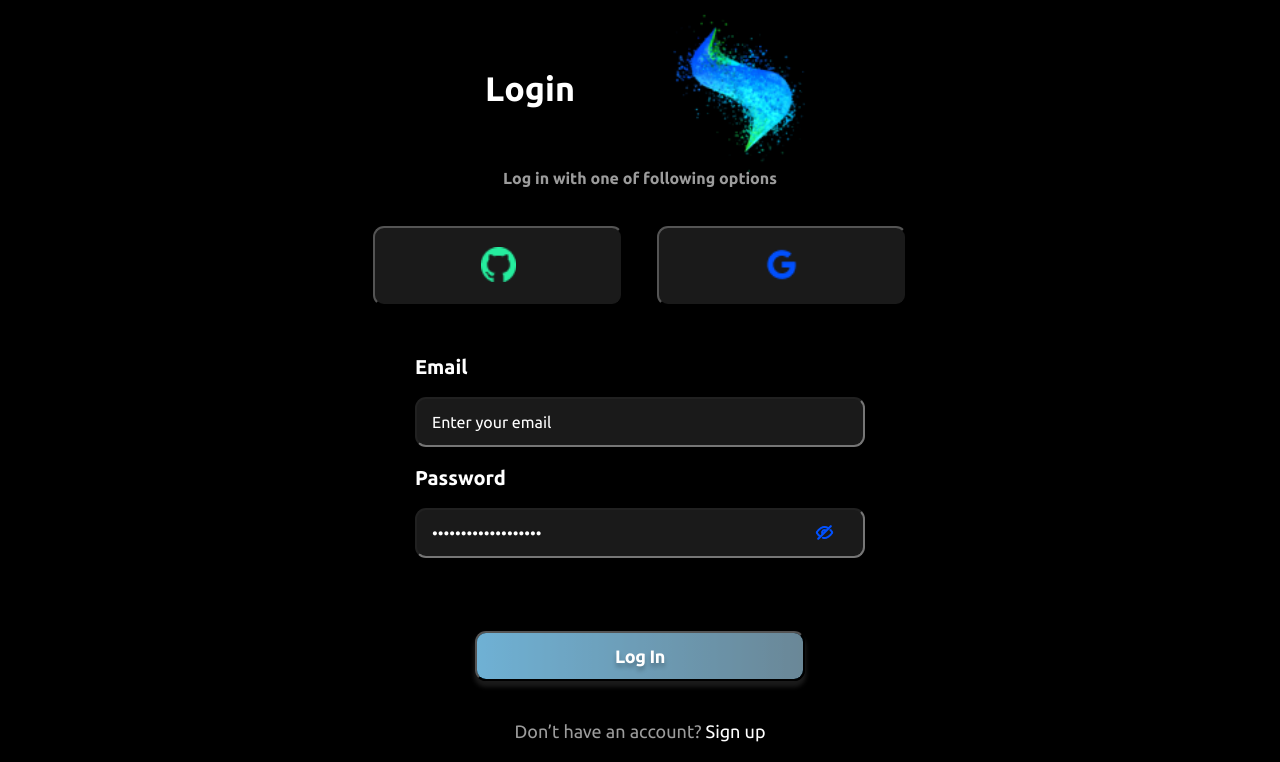
Repository: Cherced/QuanticFilms
Page: /login
The author's editor kept a copy of each file at every save. The page is drawn from the files as they stood at one save, then again after the next save.
The browser window is 1280 px wide. The pictures show the whole page.
The page's requests for data from a server got no answer. The project was rebuilt for these pictures with package versions that can differ from the ones it lists, and the page was loaded fresh each time. The framework's server and built-in components were replaced by stand-ins that run in the browser. No one was signed in, and anything a server would have sent is missing. Also part of the build but not shown: components/atoms/HeaderFloat.jsx.

Above is the page before, as saved 2022-06-10 11:42:29.

### pages/_app.js
import '../sass/global.scss'
import {SessionProvider} from 'next-auth/react'



function MyApp({ Component, pageProps }) {
  return <SessionProvider>
            <Component {...pageProps} />
        </SessionProvider>
  }

export default MyApp

### pages/login.jsx
import React from 'react'
import { ButtonColors } from '../components/atoms/ButtonColors'
import { HeaderFloat } from '../components/atoms/HeaderFloat'
import {ButtonsAccesBySM} from '../components/molecules/ButtonsAccesBySM'
import { LoginForm } from '../components/molecules/LoginForm'
import  { useRouter } from 'next/router'
import {useSession, signIn } from 'next-auth/react'


const Login = () => {

  const { data: session, status } = useSession()
  const router = useRouter();

  if(status !== 'loading' && status === 'authenticated'){
      router.push('/home')
  }

  return (
    <div className="loginContainer">
         <div className="headerLogin">
           <h1>Login</h1>
        <img src="/images/brandLogoHeader.png" alt="BrandLogo"/>
        </div>
        <p className="parragaphAccount">Log in with one of following options</p>
        <ButtonsAccesBySM pathG={()=> signIn('github')} pathGO={()=> signIn('google')} img1={"/images/mac.png"} img2={"/images/google.png"} alt="mediaLink" />
        <LoginForm />
        <div className="principalButtonLogin">
        <ButtonColors path={"customization"} title="Log In" />
        <p className="parragaphAccountLogin">Don’t have an account? <a onClick={() => router.push("signUp")}>Sign up</a></p>
        </div>
    </div>
  )
}

export default Login

### sass/global.scss
@import "./vars";
@import "./components";
@import "./pages/start";
@import "./pages/login";
@import "./pages/signUp";
@import "./pages/costumization";
@import "./pages/home";
@import "./pages/account";

### components/atoms/ButtonColors.jsx
import React from 'react'
import { useRouter } from 'next/router'

export const ButtonColors = (props) => {
    const router = useRouter()
  return (
    <button onClick={() => router.push(`/${props.path}`)}>{props.title}</button>
  )
}

### components/molecules/ButtonsAccesBySM.jsx
import React from 'react'
import { ButtonAccount } from '../atoms/ButtonAccount'

export const ButtonsAccesBySM = (props) => {
  return (
    <div className="buttonsAccesBySM">
        <ButtonAccount path={props.pathG} img={props.img1} alt={props.alt} />
        <ButtonAccount path={props.pathGO} img={props.img2} alt={props.alt} />
    </div>
  )
}

### components/molecules/LoginForm.jsx
import React from 'react'
import { InputBasicAccont } from '../atoms/InputBasicAccont'
import { InputBasicAccontPassword} from '../atoms/InputBasicAccontPassword'

export const LoginForm = () => {
  return (
    <form className="formContainer">
        <InputBasicAccont titleForm={"Email"} name="Email" placeholder="Enter your email" type="text" autoComplete="off" />
        <InputBasicAccontPassword titleForm="Password" name="password" placeholder="Enter your password" type="password" autoComplete="off" />
    </form>
  )
}

### sass/_vars.scss
@import url('https://fonts.googleapis.com/css2?family=Ubuntu:ital,wght@0,300;0,400;0,500;0,700;1,300;1,400;1,500;1,700&display=swap');

$FontTitle: 'Ubuntu', sans-serif;

*{
    margin: 0;
    padding: 0;
    box-sizing: border-box;
}

body{
    background: black;
}
// forms Position
.formContainer{
    margin-top: 25px;
    width: 100%;
    display: flex;
    flex-direction: column;
    align-items: center;

}

//pruebas::after

.pruebas{
    min-width: 100vw;
    min-height: 100vh;
    box-sizing: border-box;
    margin: auto;
    padding: 0px;
    display: flex;
    justify-content: center;
    align-items: center;
    flex-direction: column;
}

### sass/_components.scss
@import "./mixxins";
@import "./components/headerFloat";
@import "./components/buttonsAccesBySM";
@import "./components/inputBasicAccount";
@import "./components/welcomeAnimation";
@import "./components/FilterSearch";
@import "./components/buttonAddCategory";
@import "./components/sliderInfinite";
@import "./components/sliderSmallCase";
@import "./components/filterByOptions";
@import "./components/progressBar";
@import "./components/userInfo";
@import "./components/logOut";
@import "./components/footer";

### sass/_mixxins.scss
@mixin ButtonColors {
    button {
        width: 330px;
        height: 50px;
        background: linear-gradient(270deg, #000000, #15adff, #25ed9e, #313a35, #000000);
        background-size: 1000% 1000%;
        -webkit-animation: AnimationName 10s ease infinite;
        -moz-animation: AnimationName 10s ease infinite;
        animation: AnimationName 10s ease infinite;
        box-shadow: 0px 5px 4px 1px #1A1A1A, inset 0px 4px 4px 629px rgba(255, 255, 255, 0.4);
        border-radius: 11px;
        color: whitesmoke;
        font-family: $FontTitle;
        font-style: normal;
        font-weight: 700;
        font-size: 18px;
        line-height: 21px;
        letter-spacing: -0.02em;
        color: #FFFFFF;
        text-shadow: 0px 4px 4px rgba(0, 0, 0, 0.25);
    }

    @media screen and (max-width: 320px) {
        button {
            width: 280px;
        }
    }

    @media screen and (max-width: 320px) and (max-height: 372px) {
        button {
            width: 280px;
        }
    }

    @-webkit-keyframes AnimationName {
        0% {
            background-position: 0% 50%
        }

        50% {
            background-position: 100% 50%
        }

        100% {
            background-position: 0% 50%
        }
    }

    @-moz-keyframes AnimationName {
        0% {
            background-position: 0% 50%
        }

        50% {
            background-position: 100% 50%
        }

        100% {
            background-position: 0% 50%
        }
    }

    @keyframes AnimationName {
        0% {
            background-position: 0% 50%
        }

        50% {
            background-position: 100% 50%
        }

        100% {
            background-position: 0% 50%
        }
    }
}

### sass/components/_headerFloat.scss
.headerText {
    display: flex;
    align-items: center;
    height: 95px;
    padding: 20px 0 0 0;

    .headerNavText {
        margin: 0 20px;

        button {
            background-color: transparent;
            border-radius: 50px;
        }
    }

    h1 {
        font-family: 'Ubuntu';
        font-style: normal;
        font-weight: 700;
        font-size: 24px;
        line-height: 28px;
        /* identical to box height */


        color: #FFFFFF;

    }

    .BrandIcon {
        position: absolute;
        top: 10px;
        left: 226px;
        z-index: 1;
    }
}

.headerJustBack {
    display: flex;
    align-items: center;
    height: 55px;
    padding: 20px 0 0 0;

    .headerNavText {
        margin: 0 20px;

        button {
            background-color: transparent;
            border-radius: 50px;
        }
    }

    .BrandIcon {
        display: none;
    }
}

@media screen and (min-width: 375px) {
    .headerText {
        .BrandIcon {
            left: 210px;
        }
    }
}

### sass/components/_buttonsAccesBySM.scss
.buttonsAccesBySM {
    width: 100%;
    margin-top: 40px;
    display: flex;
    justify-content: space-evenly;

    button {
        width: 160px;
        height: 60px;
        background: rgba(255, 255, 255, 0.1);
        box-shadow: 0px 4px 4px rgba(0, 0, 0, 0.25);
        backdrop-filter: blur(4px);
        border-radius: 11px;
    }
}

@media screen and (max-width: 320px) {
    .buttonsAccesBySM {
        margin-top: 30px;
        justify-content: space-evenly;
        button {
            width: 140px;
        }
    }
}


@media screen and (min-width: 414px) {
    .buttonsAccesBySM {
        margin-top: 50px;
        justify-content: space-evenly;
        button {
            width: 180px;
            height: 70px;
            img{
                width: 30px;
            }
        }
    }
}


@media screen and (min-width: 768px) {
    .buttonsAccesBySM {
        margin-top: 80px;
        justify-content: space-evenly;
        button {
            width: 340px;
            height: 90px;
            img{
                width: 35px;
            }
        }
    }
}


@media screen and (min-width: 1024px) {
    .buttonsAccesBySM {
        margin-top: 40px;
        justify-content: space-evenly;
        width: 600px;
        button {
            width: 250px;
            height: 80px;
            img{
                width: 35px;
            }
        }
    }
}

### sass/components/_inputBasicAccount.scss
.inputBasicAccont {
    h1 {
        font-family: 'Ubuntu';
        font-style: normal;
        font-weight: 700;
        font-size: 18px;
        line-height: 21px;
        color: #FFFFFF;
        margin-top: 10px;
    }

    input {
        width: 330px;
        height: 40px;
        font-family: 'Ubuntu';
        font-style: normal;
        font-weight: 400;
        font-size: 14px;
        line-height: 16px;
        color: #FFFFFF;
        background: rgba(255, 255, 255, 0.1);
        box-shadow: 0px 4px 4px rgba(0, 0, 0, 0.25);
        backdrop-filter: blur(4px);
        border-radius: 11px;
        margin-top: 20px;
        padding-left: 15px;
    }

    .passwordInput {
        width: 330px;

        img {
            position: relative;
            right: -290px;
            top: -30px
        }

        input {
            width: 330px;
            height: 40px;
            font-family: 'Ubuntu';
            font-style: normal;
            font-weight: 400;
            font-size: 14px;
            line-height: 16px;
            color: #FFFFFF;
            background: rgba(255, 255, 255, 0.1);
            box-shadow: 0px 4px 4px rgba(0, 0, 0, 0.25);
            backdrop-filter: blur(4px);
            border-radius: 11px;
            margin-top: 20px;
            padding-left: 15px;
        }
    }
}

@media screen and (max-width: 320px) {
    .inputBasicAccont {
        input {
            width: 280px;
        }

        .passwordInput {
            width: 280px;

            img {
                position: relative;
                right: -245px;
                top: -30px
            }

            input {
                width: 280px;
            }
        }
    }

}


@media screen and (min-width: 414px) {
    .inputBasicAccont {
        input {
            width: 350px;
        }

        .passwordInput {
            width: 350px;

            img {
                position: relative;
                right: -310px;
                top: -30px
            }

            input {
                width: 350px;
            }
        }
    }

}


@media screen and (min-width: 768px) {
    .inputBasicAccont {
        h1 {
            margin-top: 20px;
            font-size: 20px;
        }

        input {
            width: 450px;
            height: 50px;
            font-size: 16px;
        }

        .passwordInput {
            width: 450px;

            img {
                position: relative;
                right: -400px;
                top: -35px
            }

            input {
                width: 450px;
                height: 50px;
                font-size: 16px;
            }
        }
    }
}

### sass/components/_FilterSearch.scss
.FilterSearch {
    width: 280px;
    height: 45px;
    box-shadow: 0px 4px 4px rgba(0, 0, 0, 0.25), 0px 4px 4px rgba(255, 255, 255, 0.25);
    border-radius: 18px;
    animation: shadownText 3s ease-in-out infinite;
    input {
        padding-left: 50px;
        width: 100%;
        height: 45px;
        background: #1A1A1A;
        box-shadow: 0px 4px 4px rgba(0, 0, 0, 0.25);
        backdrop-filter: blur(4px);
        border-radius: 22px;
        color: #FFFFFF;
    }

    button {
        width: 35px;
        height: 35px;
        position: relative;
        top: -40px;
        left: 10px;
        border-radius: 46px;

        img {
            background: #1A1A1A;
            width: 100%;
            height: 100%;
            border-radius: 20px;
        }

    }
}
@media screen and (min-width: 375px) {
    .FilterSearch{
        width: 300px;
    }

}


@media screen and (min-width: 768px) {
    .FilterSearch{
        width: 450px;
    }
}

### sass/components/_buttonAddCategory.scss
.PopularCategoriesContainer {
    width: 95%;
    height: auto;
    display: flex;
    flex-direction: row;
    flex-wrap: wrap;
    justify-content: space-evenly;

    .ButtonAddCategorie {
        display: flex;
        justify-content: space-evenly;
        align-items: center;
        width: auto;
        height: auto;
        background: #1A1A1A;
        box-shadow: 0px 4px 4px rgb(0 0 0 / 25%);
        border-radius: 30px;
        font-family: "Ubuntu", sans-serif;
        font-style: normal;
        font-weight: 500;
        font-size: 17px;
        line-height: 18px;
        text-align: center;
        letter-spacing: -0.165px;
        color: #FFFFFF;
        margin: 15px 0;
        padding: 5px;
        box-shadow: 0px 4px 4px rgba(0, 0, 0, 0.25), 0px 4px 4px rgba(255, 255, 255, 0.35);
        border-radius: 18px;
        animation: shadownText 10s ease-in-out infinite;
        img {
            padding-left: 20px;
        }

    }
}
@media screen and (min-width: 375px){
    .PopularCategoriesContainer{
        margin-top: 30px;
    }
}

@media screen and (min-width: 414px){
    .PopularCategoriesContainer{
        margin-top: 50px;
    }
}

### sass/components/_sliderInfinite.scss
.sliderInfiniteMoviesContainer {
    margin: 50px 0;
    width: 100%;
    max-width: 400px;
    overflow: hidden;

    .sliderContent {
        display: flex;
        width: 2000%;
        height: 400px;
        margin-left: -100%;
        .sliderContentItem__image {
            width: 100%;
            background: transparent;
            border: none;
            .sliderImg {
                display: block;
                width: 100%;
                height: 100%;
                object-fit: contain;
                border-radius: 200px;
            }
        }
    }

    .slider--BTN {
        position: relative;
        width: 40px;
        height: 40px;
        background: rgba(255, 255, 255, 0.7);
        top: 20px;
        transform: translateY(-50%);
        border-radius: 50%;
        cursor: pointer;
        z-index: 1;
        font-size: 30px;
        font-weight: bold;
        font-family: 'Ubuntu';
    }

    .slider--BTN:hover {
        background: rgba(255, 255, 255, 0.9);
    }

    .btn--lf {
        left: 50px;
    }

    .btn--rg {
        left: 250px;
    }
}

### sass/components/_filterByOptions.scss
.filterByOptionsContainer {
    width: 90%;
    display: flex;
    margin: 30px 0;


    .switchByOptions {
        background: transparent;
        border-radius: 50px;
        width: 32px;
        height: 32px;
        margin-left: 47%;
        transition: all 1.3s ease;
    }

    .filterSelectsThree {
        width: 0;
        display: flex;
        flex-direction: row;
        opacity: 0;
        justify-content: space-between;
        transition: 1s ease;
        .optionFilter {
            width: auto;
            height: 30px;
            padding: 0 8px;

            select {
                padding: 5px;
                border-radius: 30px;
                border: 1px solid transparent;
                width: 100%;
                height: 100%;
                color: #FFFFFF;
                background: #1A1A1A;
                box-shadow: 0px 4px 4px rgba(0, 0, 0, 0.25);
                animation: shadownText 5s ease-in-out infinite;
                background: #1A1A1A;
                box-shadow: 0px 4px 4px rgba(0, 0, 0, 0.25), inset 0px 4px 4px rgba(0, 0, 0, 0.25);
            }
        }

    }
}

### sass/components/_progressBar.scss

.container-bar {
	flex-direction: column;
	display: flex;
	align-items: center;
	justify-content: center;

}

.progress {
	background-color: rgba(37, 40, 54, 0.8);
	border-radius: 20px;
	position: relative;
	height: 43px;
	width: 308px;
    padding: 6px 8px 0 8px;
}

.progress-bar {
	background:#E7E1E1;
	border-radius: 20px;
	height: 30px;
	width: 0;
	transition: 1s ease 0.3s;
}

### sass/components/_userInfo.scss
.accountContent {
    padding: 0;
    margin: 0;
    width: 100%;
    height: 100%;
    margin-top: 20px;

    .userAvatar {
        display: flex;
        flex-direction: column;
        align-items: center;
        justify-content: center;

        img {
            width: 250px;
            height: 250px;
            border-radius: 50%;
            margin-bottom: 20px;
            object-fit: cover;
            box-shadow: 0px 5px 4px 1px #1A1A1A, inset 0px 4px 4px 629px rgba(255, 255, 255, 0.4);
        }

        h1 {
            color: #FFFFFF;
            font-family: 'Ubuntu';
            animation: shadownText 3s ease-in-out infinite;
        }

    }
}

### sass/components/_logOut.scss
.logOut{
    display: flex;
    flex-direction: row;
    align-items: center;
    justify-content: center;
    width: 300px;
    height: 100px;
    h1{
        margin-bottom: 30px;
        color: #FFFFFF;
        font-family: 'Ubuntu';
        animation: shadownText 3s ease-in-out infinite;
    }
    img{
        padding: 10px;
    }
}

### sass/components/_footer.scss
.footerContainer{
    margin-top: 35px;
    width: 100%;
    height: 70px;
    border-radius: 50px 50px 0 0;
    background-color: #1A1A1A;
    display: flex;
    justify-content: space-evenly;
    align-items: center;
    button{
        width: 40px;
        height: 40px;
        background-color: #1A1A1A;
        border-radius: 50%;
    }
}

### sass/pages/_home.scss
.homeContainer {
    display: flex;
    flex-direction: column;
    align-items: center;
    justify-content: space-evenly;
    min-height: 100vh;
    width: 100%;

    .headerHome{
        width: 100%;
        height: 120px;
        display: flex;
        align-items: center;
        justify-content: center;
        background-color: #1A1A1A;
        border-radius: 0 0 50px 50px;
        margin-bottom: 50px;
        animation: shadownText 3s ease-in-out infinite;
        .BRANDLOGO {
            z-index: 2;
            width: 120px;
            height: 120px;
        }

    }

}

### sass/pages/_account.scss
.accountContainer {
    min-height: 100vh;
    width: 100%;
    display: flex;
    flex-direction: column;
    align-items: center;
    justify-content: flex-start;

    .userOptions {
        display: flex;
        flex-direction: column;
        align-items: center;
        justify-content: center;
        @include ButtonColors;
        margin-top: 20px;

        :nth-child(2) {
            margin-top: 20px;
        }

        .container-bar {
            font-family: 'Ubuntu';
            font-style: normal;
            font-weight: 300;
            font-size: 15px;
            line-height: 18px;
            color: #FFFFFF;
            margin-top: 20px;

            p {
                margin-bottom: 5px;
            }

        }

        animation: shadownText 3s ease-in-out infinite;
    }

}

### components/atoms/ButtonAccount.jsx
import React from 'react'
import { useRouter } from 'next/router'

export const ButtonAccount = (props) => {
    const router = useRouter()
  return (
    <button onClick={props.path} > <img src={props.img} alt={props.alt} /></button>
  )
}

### components/atoms/InputBasicAccont.jsx
import React from 'react'

export const InputBasicAccont = (props) => {
  return (
    <div className="inputBasicAccont">
        <h1>{props.titleForm}</h1>
        <input type={props.type} value={props.placeholder} name={props.name} autoComplete={props.autoComplete}  />
    </div>
  )
}

### components/atoms/InputBasicAccontPassword.jsx
import React from 'react'

export const InputBasicAccontPassword = (props) => {
  return (
    <div className="inputBasicAccont">
        <h1>{props.titleForm}</h1>
        <div className="passwordInput">
        <input type={props.type} value={props.placeholder} name={props.name} autoComplete={props.autoComplete} />
        <img src="/images/checkedPassword.png" alt="icon-check"/>
        </div>
    </div>
  )
}

Loaded but not shown: sass/components/_welcomeAnimation.scss (782 lines, source omitted); sass/pages/_signUp.scss (511 lines, source omitted); sass/pages/_login.scss (293 lines, source omitted); sass/pages/_start.scss (196 lines, source omitted); sass/components/_sliderSmallCase.scss (158 lines, source omitted); sass/pages/_costumization.scss (147 lines, source omitted)

After the next save:
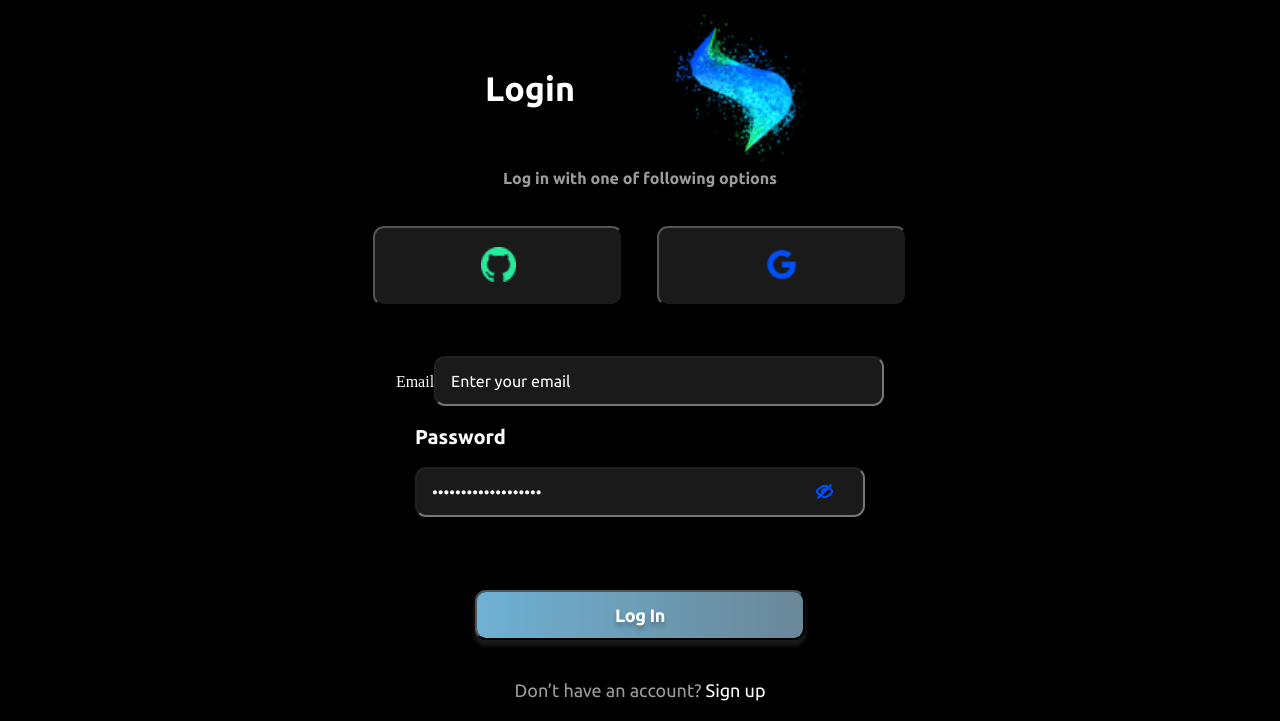
Saved 77 s later.
--- a/components/atoms/InputBasicAccont.jsx
+++ b/components/atoms/InputBasicAccont.jsx
@@ -3,7 +3,7 @@
 export const InputBasicAccont = (props) => {
   return (
     <div className="inputBasicAccont">
-        <h1>{props.titleForm}</h1>
+        <label>{props.titleForm}</label>
         <input type={props.type} value={props.placeholder} name={props.name} autoComplete={props.autoComplete}  />
     </div>
   )

After the save that followed:
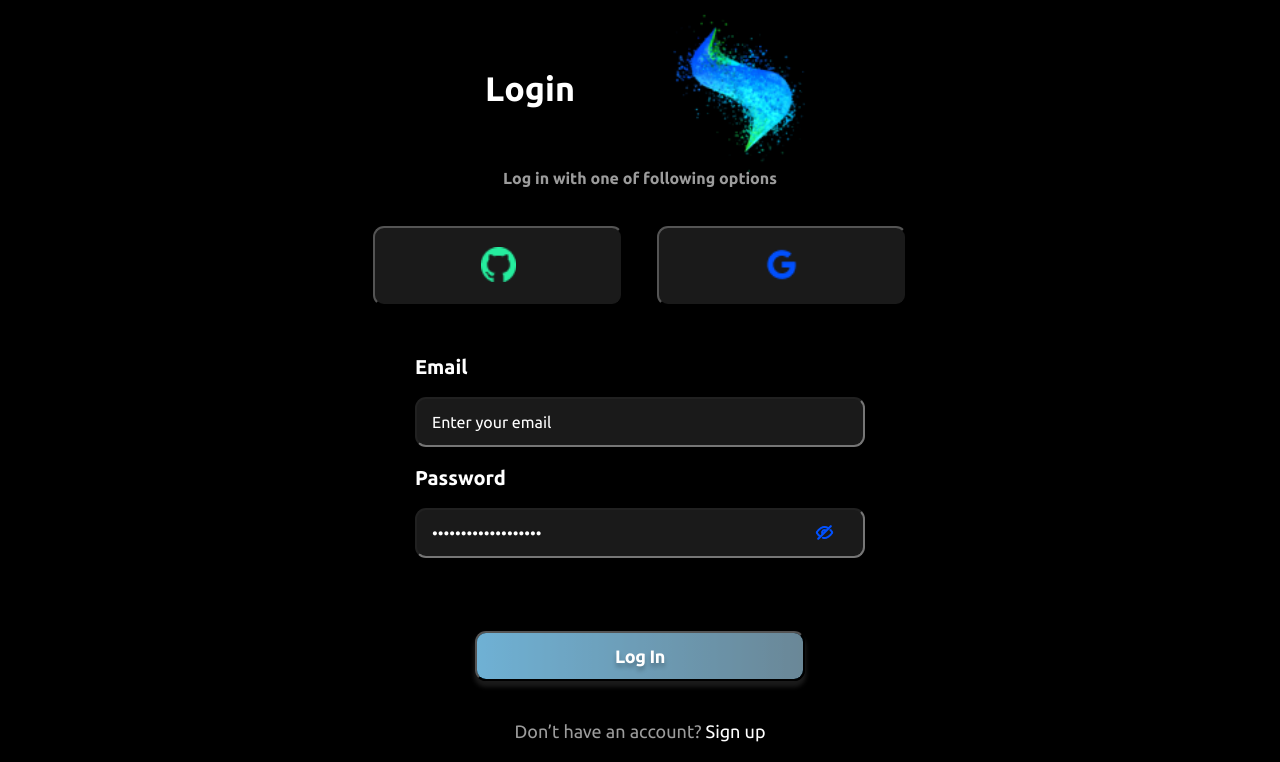
Saved 9 s later.
--- a/components/atoms/InputBasicAccont.jsx
+++ b/components/atoms/InputBasicAccont.jsx
@@ -3,7 +3,7 @@
 export const InputBasicAccont = (props) => {
   return (
     <div className="inputBasicAccont">
-        <label>{props.titleForm}</label>
+        <h1>{props.titleForm}</h1>
         <input type={props.type} value={props.placeholder} name={props.name} autoComplete={props.autoComplete}  />
     </div>
   )
